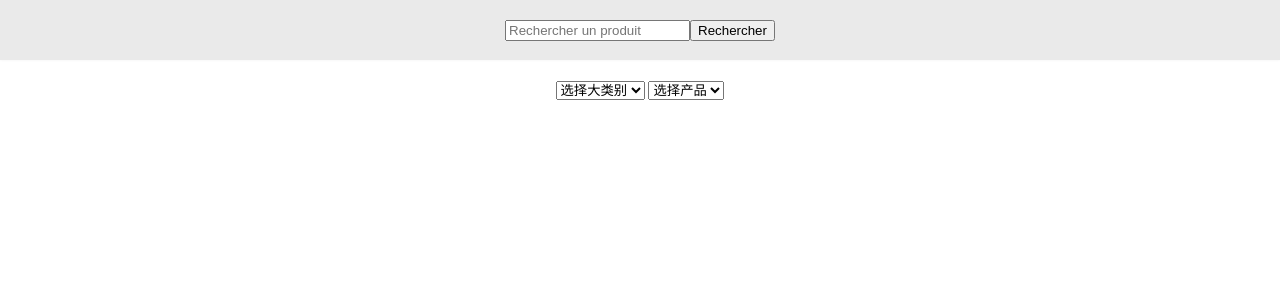
Repository: ByteVoyageur/restaurant-xin
Page: frontend/index.html
The author's editor kept a copy of each file at every save. The page is drawn from the files as they stood at one save, then again after the next save.
The browser window is 1280 px wide. The pictures show the whole page.
The style sheet was rebuilt from its Sass, Less or Tailwind sources for each picture, by a compiler version that may differ from the author's.

Above is the page before, as saved 2023-11-11 10:57:40.
Console error: SyntaxError: Identifier 'createCategoryButtons' has already been declared

After the next save:
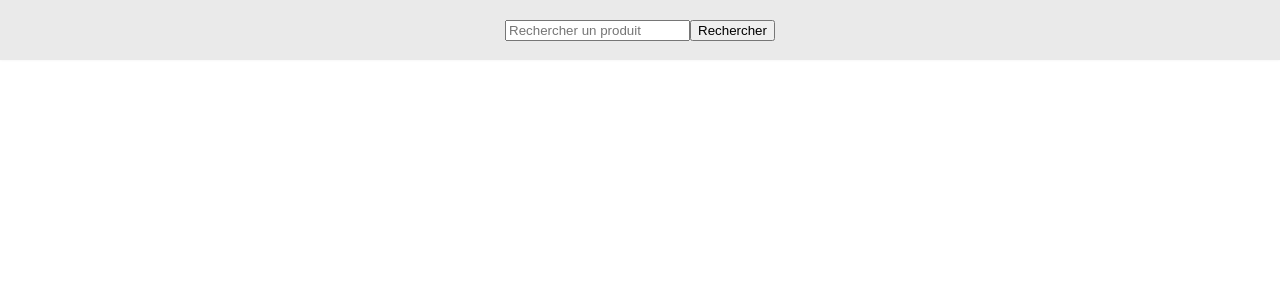
Saved 14 min 55 s later.
--- a/frontend/index.html
+++ b/frontend/index.html
@@ -4,8 +4,9 @@
 <head>
     <meta charset="UTF-8">
     <meta name="viewport" content="width=device-width, initial-scale=1.0">
+
+    <link rel="stylesheet" href="./assets/css/style.css">
     <title>Pizza Store</title>
-    <link rel="stylesheet" href="./assets/css/style.css">
 </head>
 
 <body>
@@ -20,23 +21,10 @@
     </header>
     <main>
         <section id="menu">
-
-            <div class="category-selectors">
-                <select id="main-category-dropdown">
-                    <option value="">选择大类别</option>
-                    <!-- 大类别选项将在这里动态添加 -->
-                </select>
-
-                <select id="sub-category-dropdown">
-                    <option value="">选择产品</option>
-                    <!-- 产品选项将在这里动态添加 -->
-                </select>
+            <div class="category-buttons">
             </div>
-
             <div id="menu-items">
-                <!-- 菜单项将在这里动态显示 -->
             </div>
-
         </section>
     </main>
     <footer>
